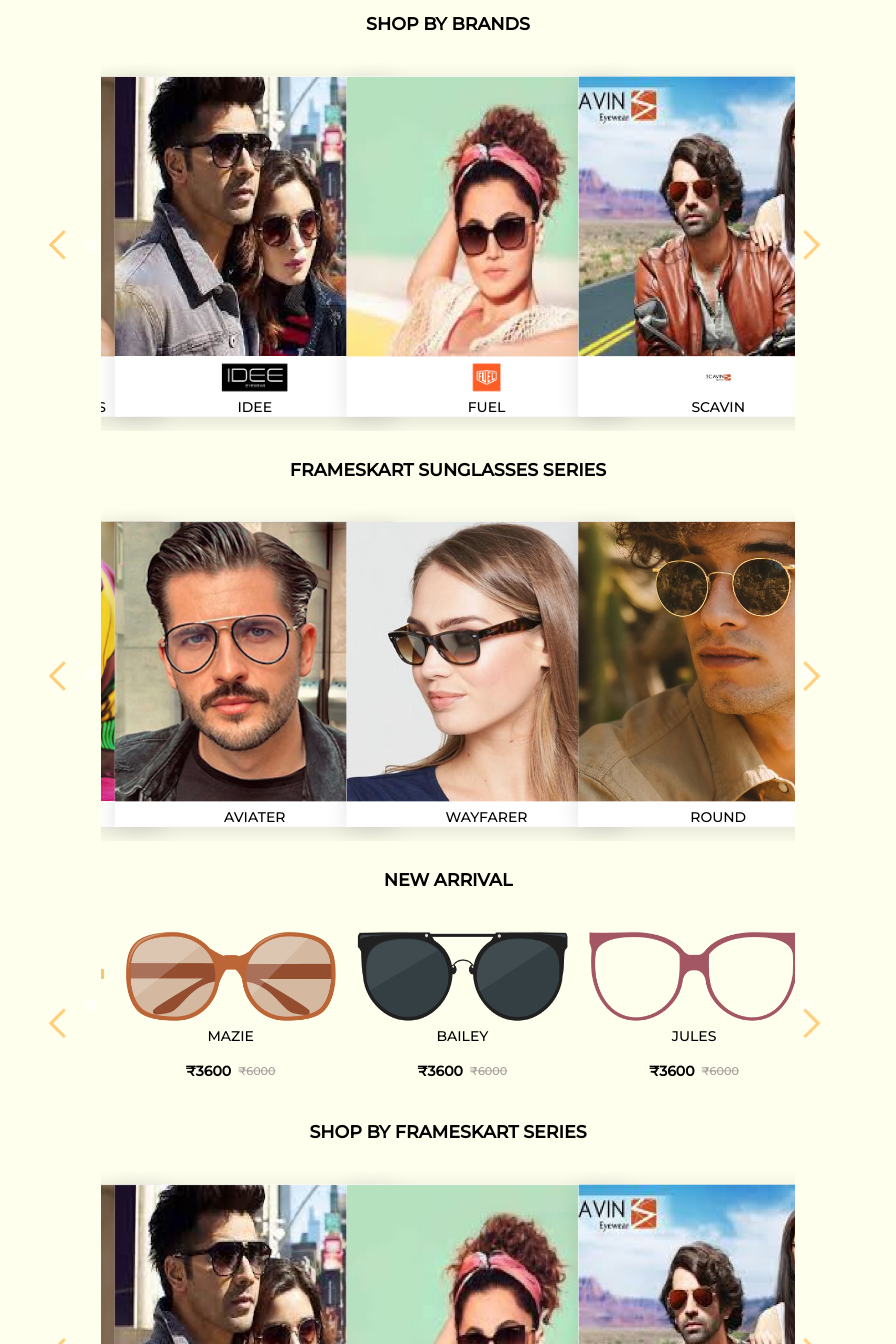
Repository: FlyweisReact/Frameskart
Page: /
The author's editor kept a copy of each file at every save. The page is drawn from the files as they stood at one save, then again after the next save.
The browser window is 1280 px wide. The pictures show the part of the page from y = 2455 to 4375 px (the page is 12683 px tall), at 70% of full size.
The project was rebuilt for these pictures with package versions that can differ from the ones it lists, and the page was loaded fresh each time.

Above is the page before, as saved 2023-10-21 18:14:57.

After the next save:
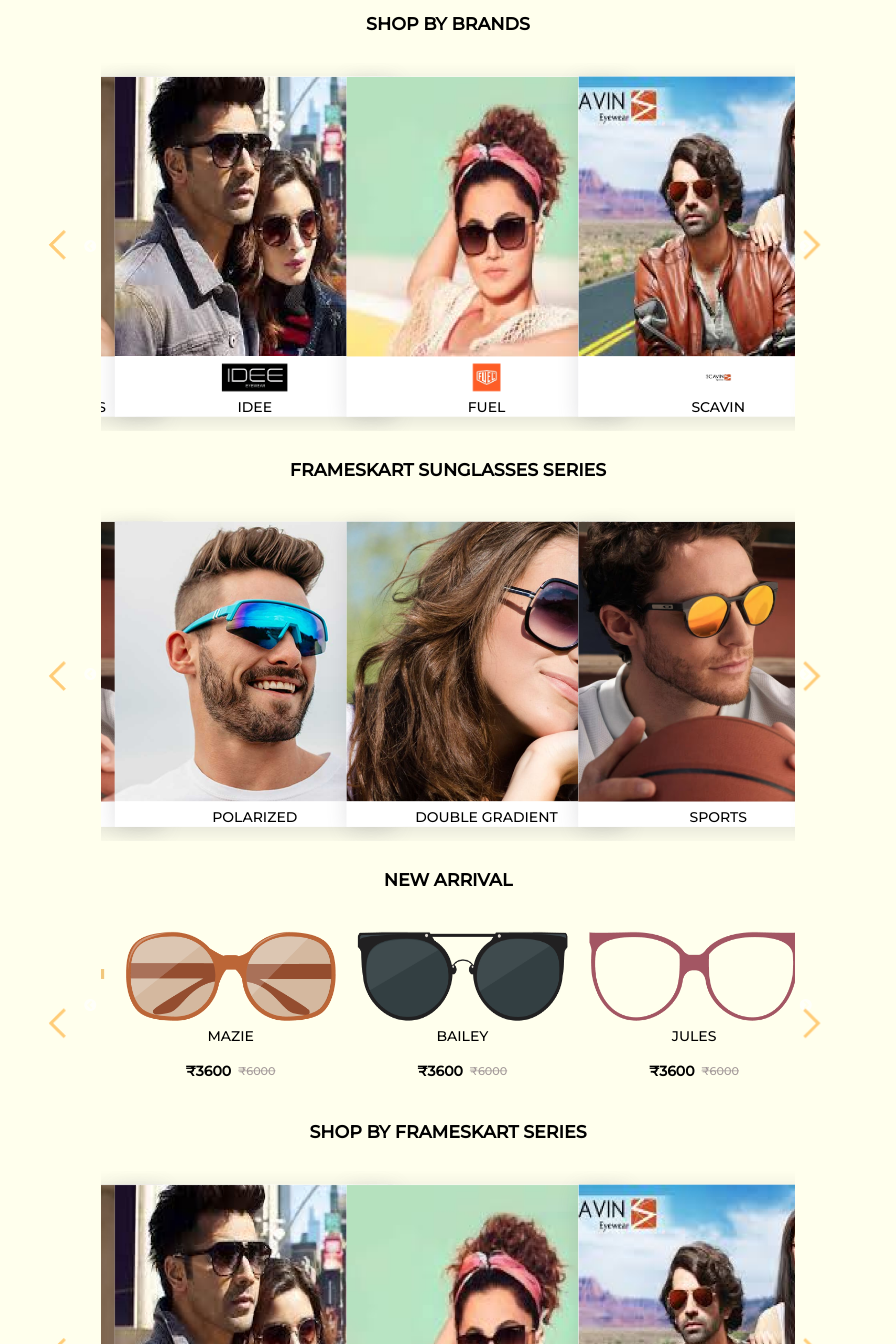
Saved 4 s later.
--- a/src/Screen/Home.js
+++ b/src/Screen/Home.js
@@ -221,7 +221,7 @@
       <Heading title={"Frameskart Sunglasses Series"} />
 
       <div className="carousel-container">
-        <ShopSlider data={frameData} />
+        <ShopSlider data={sunGlassSeries} />
       </div>
 
       <Heading title={"New Arrival"} />
